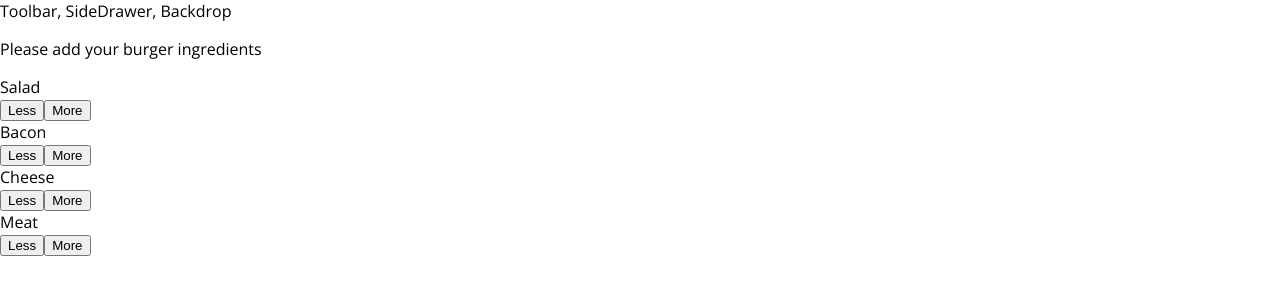
Repository: legil/burger-app
Page: /
These files come from the project's save history. The page is drawn as it stood at one moment and after the next save; the edit follows.
The browser window is 1280 px wide. The pictures show the whole page.
The project was rebuilt for these pictures with package versions that can differ from the ones it lists, and the page was loaded fresh each time. Also part of the build but not shown: src/components/Layout/Layout.css, src/components/Burger/Burger.css, src/components/Burger/BurgerIngredient/BurgerIngredient.css, src/components/Burger/BuildControls/BuildControls.css, src/components/Burger/BuildControl/BuildControl.css.

Above is the page before, as saved 2019-04-19 01:53:20.

### public/index.html
<!DOCTYPE html>
<html lang="en">
  <head>
    <meta charset="utf-8" />
    <link rel="shortcut icon" href="%PUBLIC_URL%/favicon.ico" />
    <meta
      name="viewport"
      content="width=device-width, initial-scale=1, shrink-to-fit=no"
    />
    <meta name="theme-color" content="#000000" />
    <!--
      manifest.json provides metadata used when your web app is installed on a
      user's mobile device or desktop. See https://developers.google.com/web/fundamentals/web-app-manifest/
    -->
    <link rel="manifest" href="%PUBLIC_URL%/manifest.json" />
    <!--
      Notice the use of %PUBLIC_URL% in the tags above.
      It will be replaced with the URL of the `public` folder during the build.
      Only files inside the `public` folder can be referenced from the HTML.

      Unlike "/favicon.ico" or "favicon.ico", "%PUBLIC_URL%/favicon.ico" will
      work correctly both with client-side routing and a non-root public URL.
      Learn how to configure a non-root public URL by running `npm run build`.
    -->
    <link href="https://fonts.googleapis.com/css?family=Open+Sans:400,700" rel="stylesheet">
    <title>My Burger</title>
  </head>
  <body>
    <noscript>You need to enable JavaScript to run this app.</noscript>
    <div id="root"></div>
    <!--
      This HTML file is a template.
      If you open it directly in the browser, you will see an empty page.

      You can add webfonts, meta tags, or analytics to this file.
      The build step will place the bundled scripts into the <body> tag.

      To begin the development, run `npm start` or `yarn start`.
      To create a production bundle, use `npm run build` or `yarn build`.
    -->
  </body>
</html>

### src/components/Layout/Layout.js
import React from 'react';
import Aux from '../../hoc/Auxiliary';
import classes from './Layout.css';

const layout = (props) => (
    <Aux>
        <div>
            Toolbar, SideDrawer, Backdrop
        </div>

        <main className={classes.Content}>
            {props.children}
        </main>
    </Aux>
);

export default layout;

### src/containers/BurgerBuilder/BurgerBuilder.js
import React, { Component } from 'react';

import Aux from '../../hoc/Auxiliary';
import Burger from '../../components/Burger/Burger';
import BuildControls from '../../components/Burger/BuildControls/BuildControls';


const  INGREDIENT_PRICES = {
    salad: 0.5,
    bacon: 0.7,
    cheese: 0.4,
    meat: 1.3
}

class BurgerBuilder extends Component{
//     constructor(props){
//         super(props);
//         this.state - {...}
//     }

state = {
    ingredients: {
        salad: 0,
        bacon: 0,
        cheese: 0,
        meat: 0
    },
    totalPrice: 8
}

addIngredientHandler = (type) => {
    const oldCount = this.state.ingredients[type];
    const updatedCount = oldCount + 1;
    const updatedIngredients = {
        ...this.state.ingredients
    };
    updatedIngredients[type] = updatedCount;
    const priceAddition = INGREDIENT_PRICES[type];
    const oldPrice = this.state.totalPrice;
    const newPrice = oldPrice + priceAddition;
    this.setState({totalPrice: newPrice, ingredients: updatedIngredients});
}

removeIngredientHandler = (type) => {
    const oldCount = this.state.ingredients[type];
    if(oldCount <= 0){
        return;
    }
    const updatedCount = oldCount - 1;
    const updatedIngredients = {
        ...this.state.ingredients
    };
    updatedIngredients[type] = updatedCount;
    const priceAddition = INGREDIENT_PRICES[type];
    const oldPrice = this.state.totalPrice;
    const newPrice = oldPrice - priceAddition;
    this.setState({totalPrice: newPrice, ingredients: updatedIngredients});
}


    render () {
        const disabledInfo = {
            ...this.state.ingredients
        };
        for(let key in disabledInfo){
            disabledInfo[key] = (disabledInfo[key] <= 0)
        }
        // {salad: true, meat: false, ...}
        return (
            <Aux>
                <Burger ingredients = {this.state.ingredients} />
                <BuildControls ingredientAdded={this.addIngredientHandler}
                               ingredientRemoved={this.removeIngredientHandler}
                               disabled={disabledInfo} />
            </Aux>

        );
    }
}

export default BurgerBuilder;

### src/components/Burger/Burger.js
import React from 'react';

import classes from './Burger.css';
import BurgerIngredient from './BurgerIngredient/BurgerIngredient';

const burger = (props) => {
    //transform object of key value pairs into an array of ingredients (type and quantitity)
    let transformedIngredients = Object.keys(props.ingredients)
                                    .map(igKey => {
                                        return [...Array(props.ingredients[igKey])].map((_, i) => {
                                            return <BurgerIngredient key={igKey + i} type={igKey} />
                                        });
                                    } ).reduce((arr, el) => {
                                        return arr.concat(el)
                                    }, []);
    if(transformedIngredients.length === 0){
        transformedIngredients = <p>Please add your burger ingredients</p>

    }
    return(
        <div className = {classes.Burger}>
            <BurgerIngredient type="bread-top"/>
            {transformedIngredients}
            <BurgerIngredient type="bread-bottom"/>
        </div>
    );
};

export default burger;

### src/components/Burger/BuildControls/BuildControls.js
import React from 'react';

import classes from './BuildControls.css';
import BuildControl from '../BuildControl/BuildControl';

const controls = [
    {label: 'Salad', type: 'salad'},
    {label: 'Bacon', type: 'bacon'},
    {label: 'Cheese', type: 'cheese'},
    {label: 'Meat', type: 'meat'}
]

const buildControls = (props) => (
    <div className = {classes.BuildControls}>
        {controls.map(ctrl => (
            <BuildControl key={ctrl.label}
                          label={ctrl.label}
                          //type={ctrl.type}
                          added={() => props.ingredientAdded(ctrl.type)}
                          removed={() => props.ingredientRemoved(ctrl.type)}
                          disabled={() => props.disabled[ctrl.type]} />
        ))}
    </div>
);

export default buildControls

### src/components/Burger/BurgerIngredient/BurgerIngredient.js
import React, { Component } from 'react';
import classes from './BurgerIngredient.css';
import PropTypes from 'prop-types';

class BurgerIngredient extends Component{
    render(){

    let ingredient = null;

    switch(this.props.type) {
        case ('bread-bottom'):
            ingredient = <div className={classes.BreadBottom}> </div>;
            break;
        case ('bread-top'):
            ingredient = (
                <div className = {classes.BreadTop}>
                    <div className = {classes.Seeds1}></div>
                    <div className = {classes.Seeds2}></div>
                </div>
            );
            break;
        case ('meat'):
                ingredient = <div className = {classes.Meat}></div>;
                break;
        case ('cheese'):
                ingredient = <div className = {classes.Cheese}></div>;
                break;
        case ('salad'):
                ingredient = <div className = {classes.Salad}></div>;
                break;
        case ('bacon'):
                ingredient = <div className = {classes.Bacon}></div>;
                break;
        default:
            ingredient = null;

    }

    return ingredient;
}
}

BurgerIngredient.propTypes = {
    type: PropTypes.string.isRequired
};

export default BurgerIngredient;

### src/components/Burger/BuildControl/BuildControl.js
import React from 'react';

import classes from './BuildControl.css';

const buildControl = (props) => (
    <div className = {classes.BuildControl}>
        <div className = {classes.Label}>{props.label}</div>
        <button className = {classes.Less} onClick={props.removed} disabled={props.disabled}>Less</button>
        <button className = {classes.More} onClick={props.added}>More</button>
    </div>
);

export default buildControl;

Loaded but not shown: src/index.js (common file); src/index.css (common file); src/App.js (common file); src/serviceWorker.js (common file); src/hoc/Auxiliary.js (common file)

After the next save:
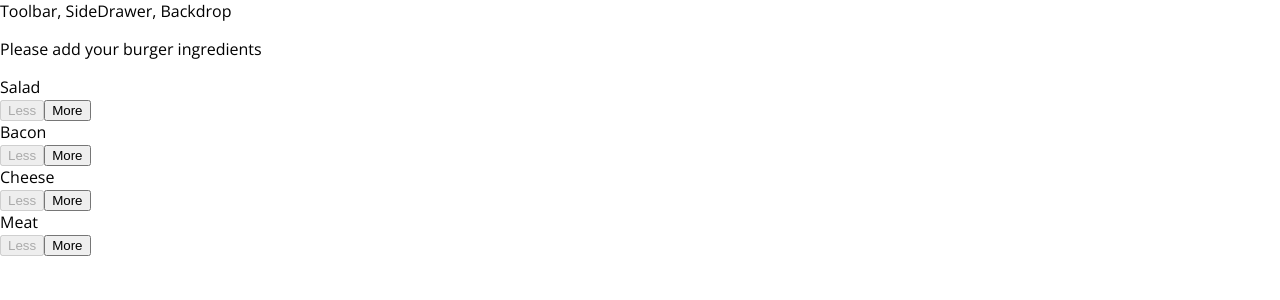
Saved 2 min 43 s later.
--- a/src/components/Burger/BuildControls/BuildControls.js
+++ b/src/components/Burger/BuildControls/BuildControls.js
@@ -18,7 +18,7 @@ const buildControls = (props) => (
                           //type={ctrl.type}
                           added={() => props.ingredientAdded(ctrl.type)}
                           removed={() => props.ingredientRemoved(ctrl.type)}
-                          disabled={() => props.disabled[ctrl.type]} />
+                          disabled={props.disabled[ctrl.type]} />
         ))}
     </div>
 );
